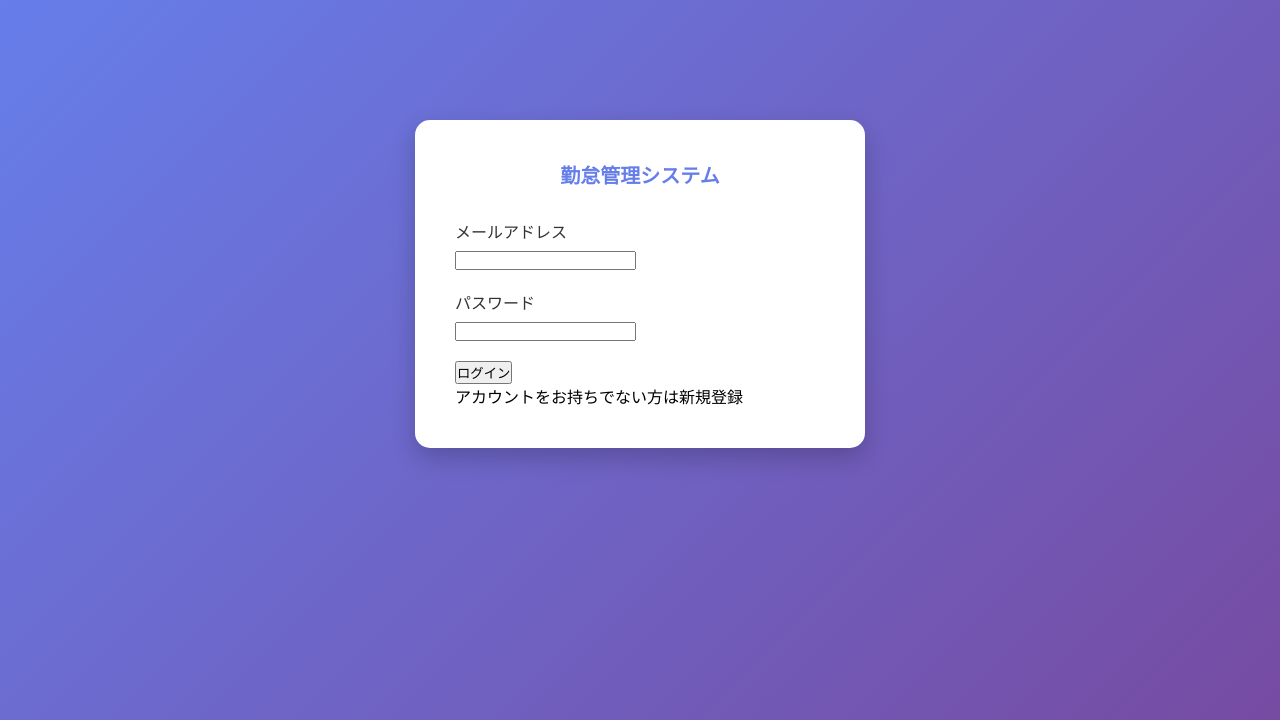
Repository: 04bit/WEB_HCJ
Page: index.html
The author's editor kept a copy of each file at every save. The page is drawn from the files as they stood at one save, then again after the next save.
The browser window is 1280 px wide. The pictures show the whole page.

Above is the page before, as saved 2025-11-25 15:23:23.

After the next save:
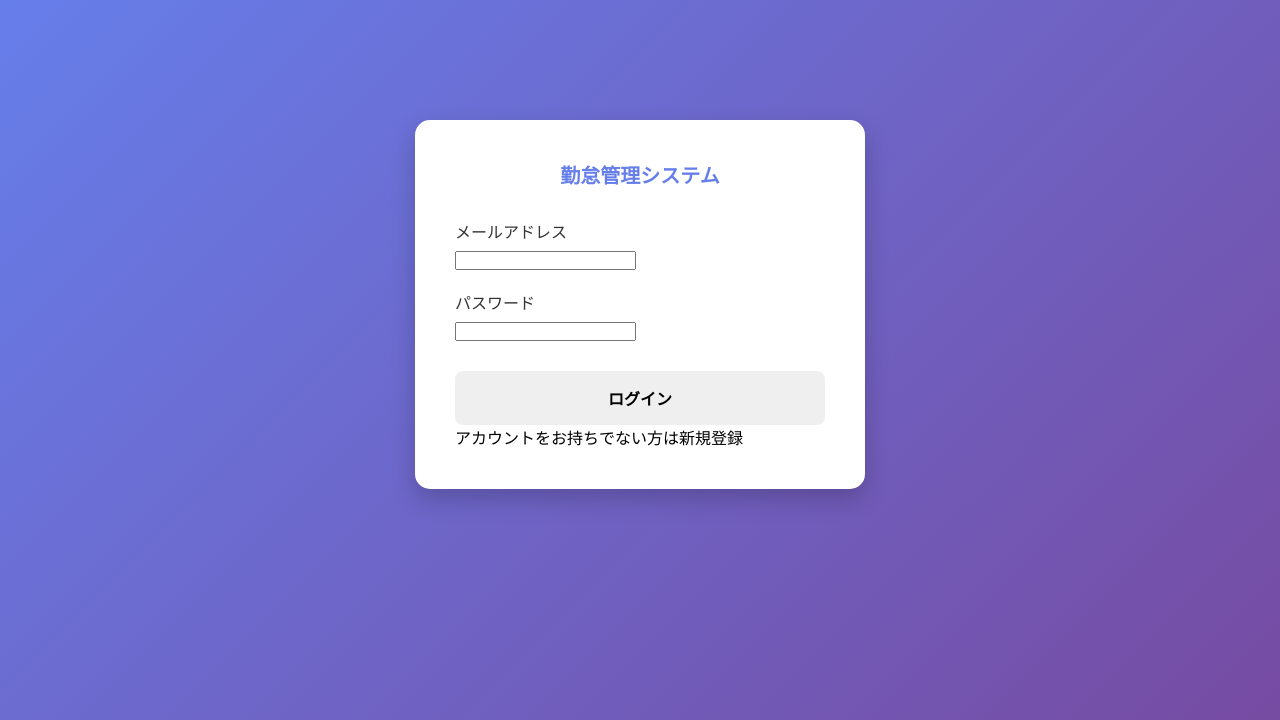
Saved 2 min 10 s later.
--- a/style.css
+++ b/style.css
@@ -39,3 +39,15 @@ body {
     color: #333;
     font-weight: 500;
 }
+
+.btn {
+    width: 100%;
+    padding: 15px;
+    border: none;
+    border-radius: 8px;
+    font-size: 16px;
+    font-weight: bold;
+    cursor: pointer;
+    transition: all 0.3s;
+    margin-top: 10px;
+}
